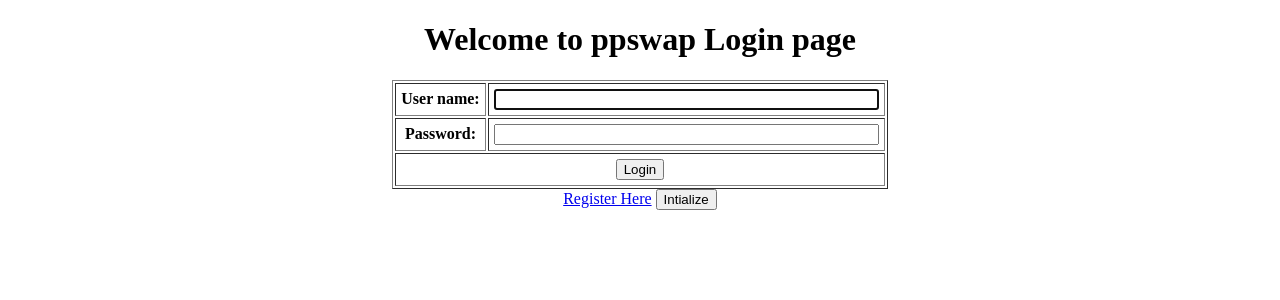
Repository: OmerMohammed123/datebase_project1
Page: http://localhost/database/
An editor plug-in stored every save of this project. The page is shown before and after the next save, followed by the edit.
The browser window is 1280 px wide. The pictures show the whole page.
The page is served by Tomcat 9. Other server files are loaded and not shown.

Above is the page before, as saved 2023-10-26 01:40:26.

### database/WebContent/login.jsp
<%@ page language="java" contentType="text/html; charset=ISO-8859-1"
    pageEncoding="ISO-8859-1"%>
<!DOCTYPE html>
<html>
<head>
<meta charset="ISO-8859-1">
<title>Login to Database</title>
</head>
<body>
 <center><h1> Welcome to ppswap Login page </h1> </center>
	<div align="center">
		<p> ${loginFailedStr} </p>
		<form action="login" method="post">
			<table border="1" cellpadding="5">
				<tr>
					<th>User name: </th>
					<td>
						<input type="text" name="email" size="45" autofocus>
					</td>
				</tr>
				<tr>
					<th>Password: </th>
					<td>
						<input type="password" name="password" size="45">
					</td>
				</tr>
				<tr>
					<td colspan="2" align="center">
						<input type="submit" value="Login"/>
					</td>
				</tr>
			</table>
			<a href="register.jsp" target="_self">Register Here</a>

					<td colspan="2" align="center">
						<input type="submit" value="Intialize"/>
					</td>


		</form>

	</div>
</body>
</html>

After the next save:
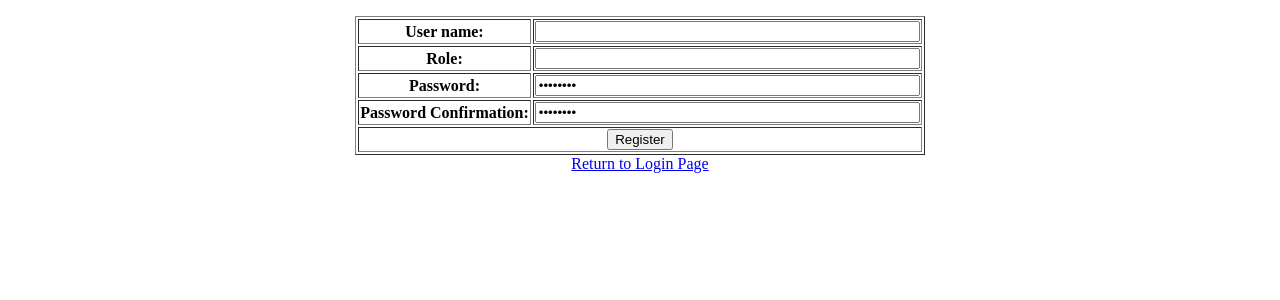
Saved 14 min 15 s later.
--- a/database/WebContent/login.jsp
+++ b/database/WebContent/login.jsp
@@ -2,43 +2,45 @@
     pageEncoding="ISO-8859-1"%>
 <!DOCTYPE html>
 <html>
-<head>
-<meta charset="ISO-8859-1">
-<title>Login to Database</title>
-</head>
+<head><title>Registration</title></head>
 <body>
- <center><h1> Welcome to ppswap Login page </h1> </center>
 	<div align="center">
-		<p> ${loginFailedStr} </p>
-		<form action="login" method="post">
-			<table border="1" cellpadding="5">
+		<p> ${errorOne } </p>
+		<p> ${errorTwo } </p>
+		<form action="register">
+			<table border="1">
 				<tr>
 					<th>User name: </th>
-					<td>
-						<input type="text" name="email" size="45" autofocus>
+					<td align="center" colspan="3">
+						<input type="text" name="username" size="45"  value="" onfocus="this.value=''">
+					</td>
+				</tr>
+				<tr>
+					<th>Role: </th>
+					<td align="center" colspan="3">
+						<input type="text" name="role" size="45"  value="" onfocus="this.value=''">
 					</td>
 				</tr>
 				<tr>
 					<th>Password: </th>
-					<td>
-						<input type="password" name="password" size="45">
+					<td align="center" colspan="3">
+						<input type="password" name="password" size="45" value="password" onfocus="this.value=''">
 					</td>
 				</tr>
 				<tr>
-					<td colspan="2" align="center">
-						<input type="submit" value="Login"/>
+					<th>Password Confirmation: </th>
+					<td align="center" colspan="3">
+						<input type="password" name="confirmation" size="45" value="password" onfocus="this.value=''">
+					</td>
+
+				</tr>
+				<tr>
+					<td align="center" colspan="5">
+						<input type="submit" value="Register"/>
 					</td>
 				</tr>
 			</table>
-			<a href="register.jsp" target="_self">Register Here</a>
-
-					<td colspan="2" align="center">
-						<input type="submit" value="Intialize"/>
-					</td>
-
-
+			<a href="login.jsp" target="_self">Return to Login Page</a>
 		</form>
-
 	</div>
 </body>
-</html>
